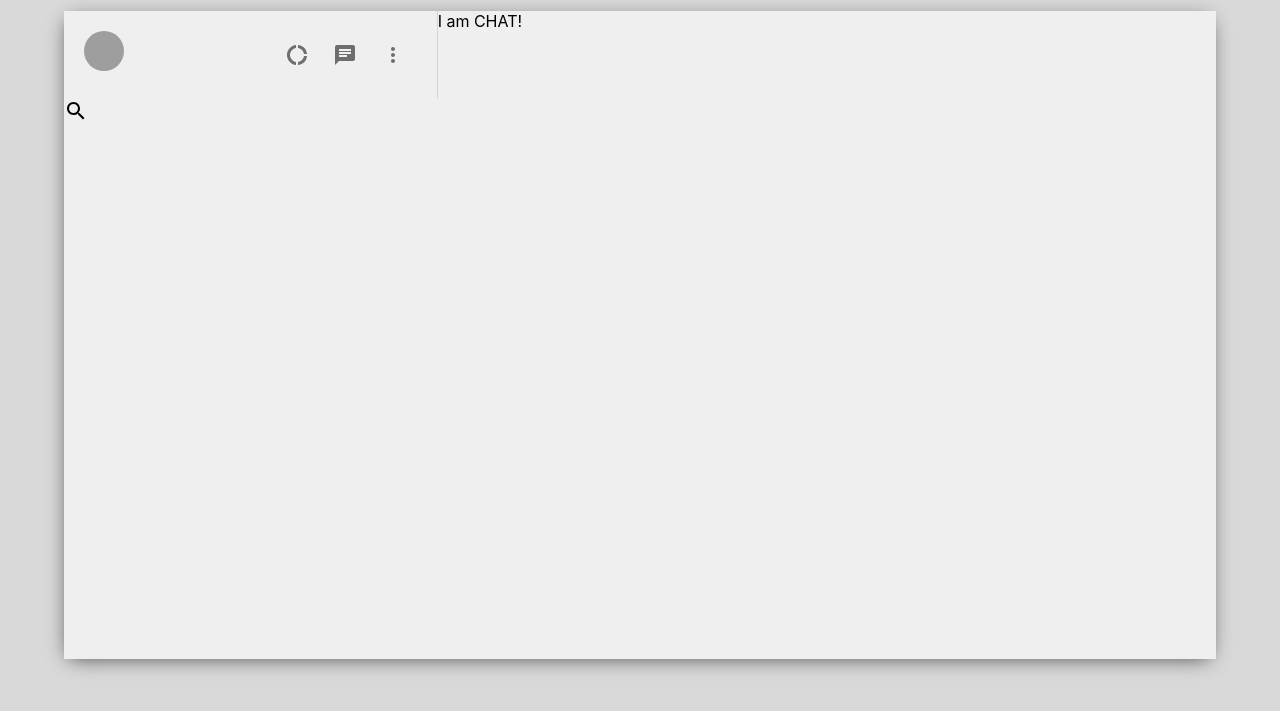
Repository: BogoGit/clone-whatsapp
Page: / (app in whatsapp-front/)
The author's editor kept a copy of each file at every save. The page is drawn from the files as they stood at one save, then again after the next save.
The browser window is 1280 px wide. The pictures show the whole page.
Pictures or frames that could not be fetched are drawn as grey boxes. The project was rebuilt for these pictures with package versions that can differ from the ones it lists, and the page was loaded fresh each time.

Above is the page before, as saved 2020-11-18 17:06:38.

After the next save:
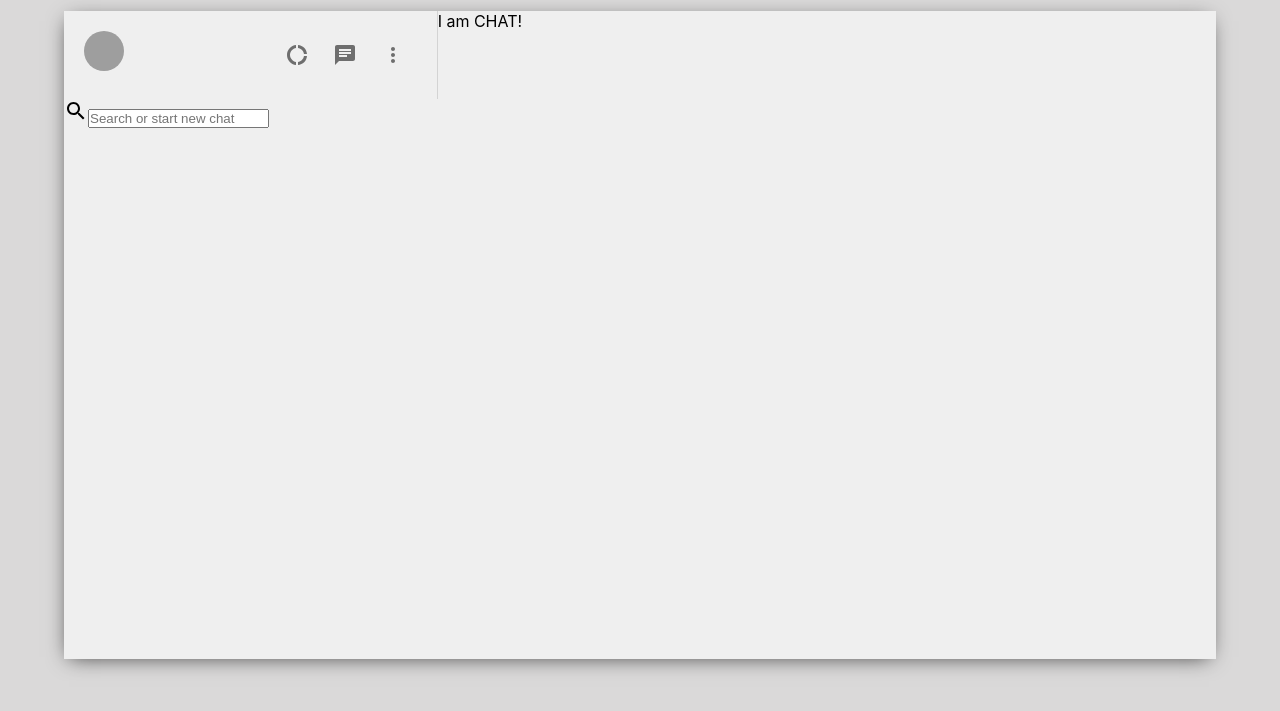
Saved 39 s later.
--- a/whatsapp-front/src/Components/Sidebar.js
+++ b/whatsapp-front/src/Components/Sidebar.js
@@ -27,6 +27,7 @@ const Sidebar = () => {
 			<div className='sidebar__search'>
 				<div className='sidebar__searchContainer'>
 					<SearchOutlined />
+					<input placeholder='Search or start new chat' type='text' />
 				</div>
 			</div>
 		</div>
